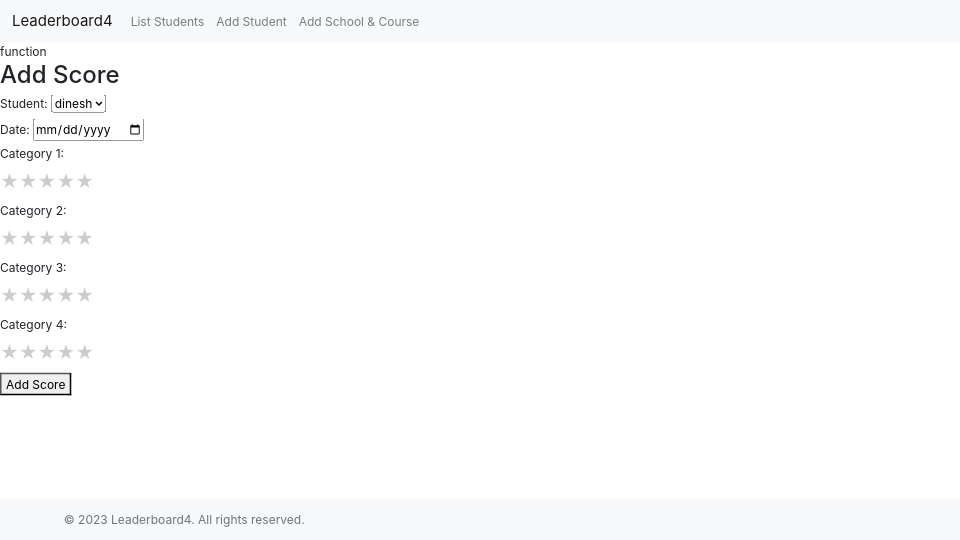
Repository: bigbodhiacademy/gBoard
Page: http://localhost/add_score.php
An editor plug-in stored every save of this project. The page is shown before and after the next save, followed by the edit.
The browser window is 1280 px wide. The pictures show the whole page, at 75% of full size.
The page is run by PHP 8.4 with error messages shown; the project is at /var/www/html/. The database holds what the project's SQL file puts in it.

Above is the page before, as saved 2023-04-20 19:06:12.

After the next save:
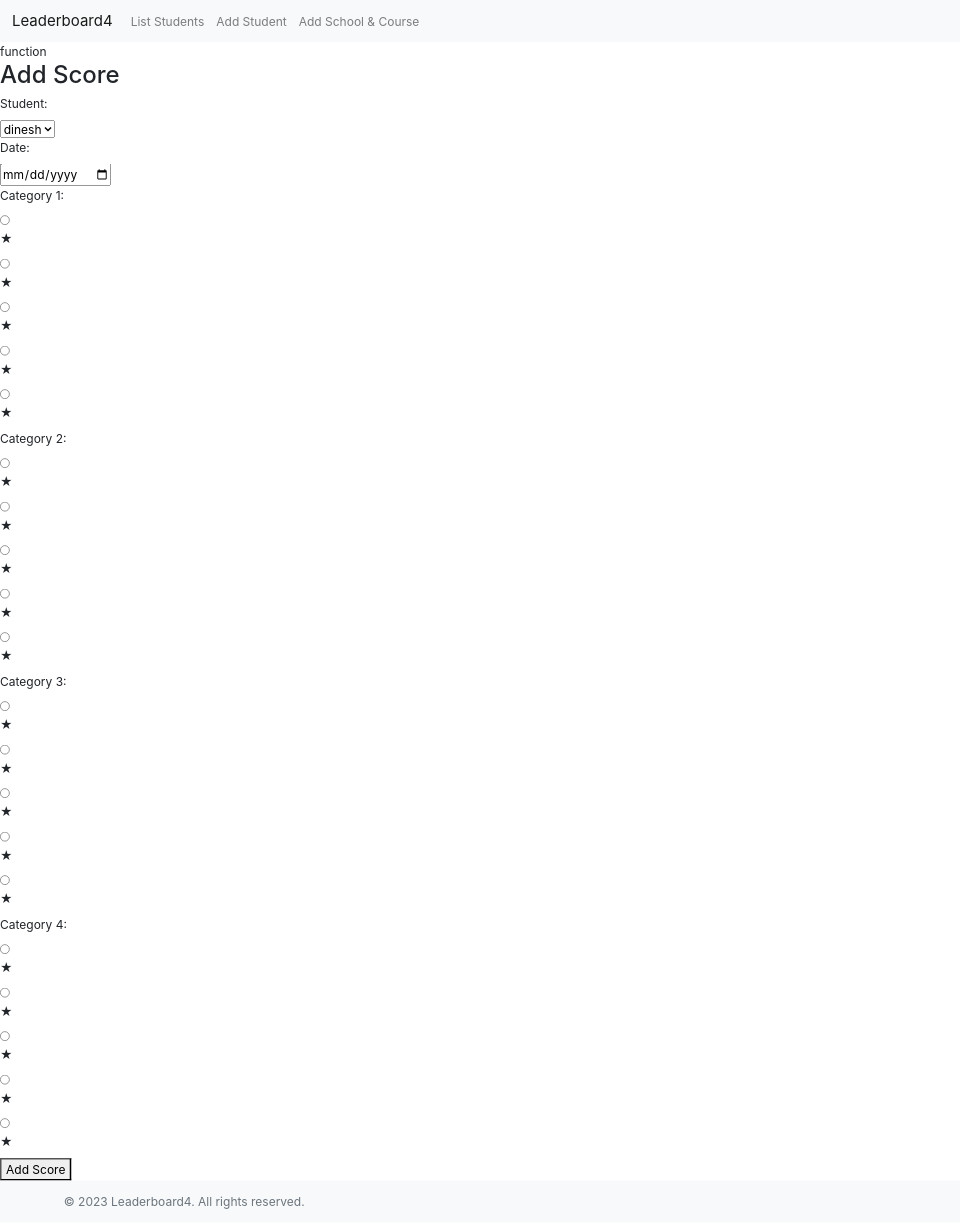
Saved 3 min 0 s later.
--- a/styles.css
+++ b/styles.css
@@ -7,21 +7,29 @@ html {
     flex-direction: column;
     min-height: 100%;
   }
-  .star-rating {
-    display: flex;
+  label {
+    display: block;
+    margin-bottom: 10px;
   }
-
-  .star-rating input[type='radio'] {
+  input[type="submit"] {
+    margin-top: 20px;
+  }
+  .stars {
+    display: inline-block;
+  }
+  .stars input[type="radio"] {
     display: none;
   }
-
-  .star-rating label {
-    font-size: 1.5em;
-    color: #ccc;
+  .stars label {
+    display: inline-block;
     cursor: pointer;
+    color: grey;
+    font-size: 30px;
+    margin: 0;
+    padding: 0;
   }
-
-  .star-rating label:hover,
-  .star-rating input[type='radio']:checked ~ label {
-    color: #ffc107;
+  .stars label:hover,
+  .stars label:hover ~ label,
+  .stars input[type="radio"]:checked ~ label {
+    color: orange;
   }
